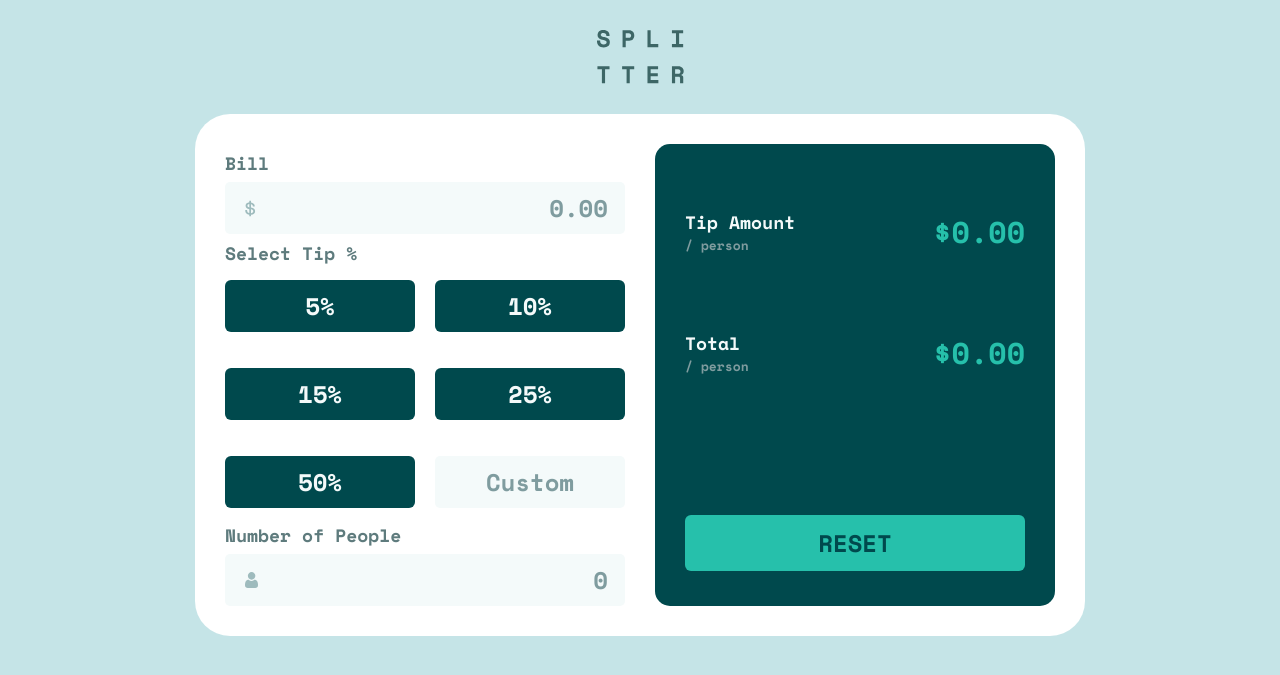
Repository: tomas938/tipcalculator
Page: /
These files come from the project's save history. The page is drawn as it stood at one moment and after the next save; the edit follows.
The browser window is 1280 px wide. The pictures show the whole page.
The project was rebuilt for these pictures with package versions that can differ from the ones it lists, and the page was loaded fresh each time.

Above is the page before, as saved 2021-08-04 14:53:12.

After the next save:
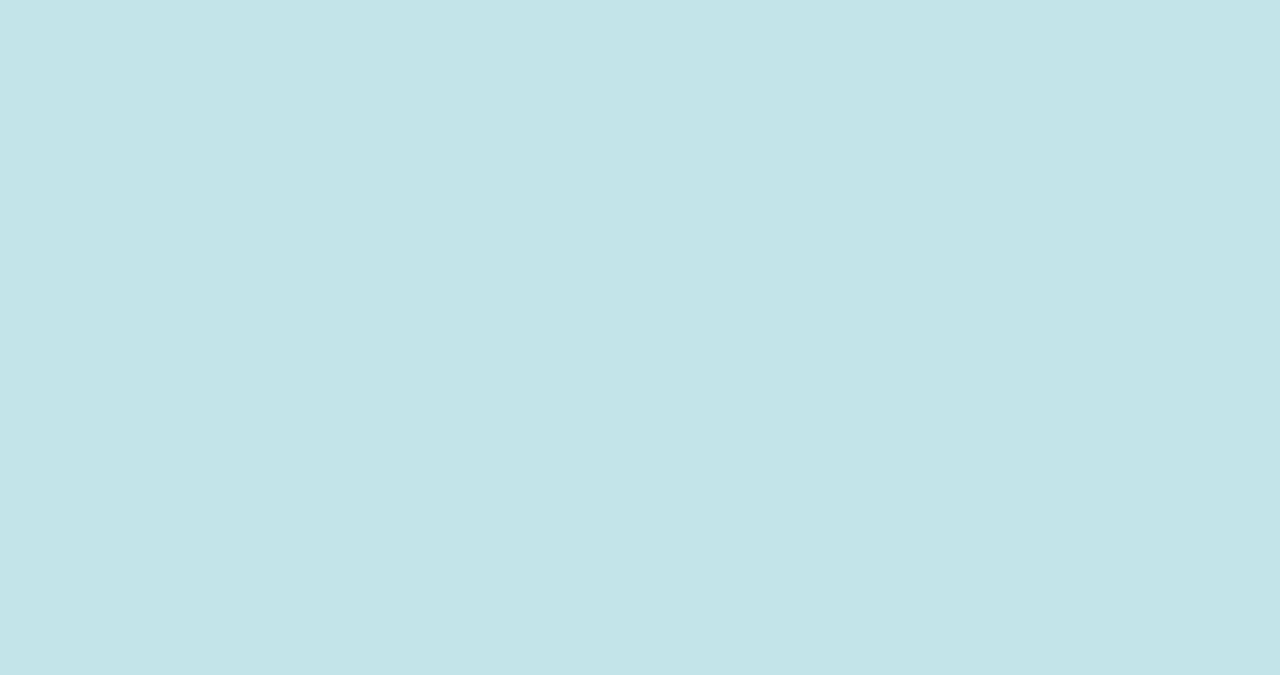
Console error (its wording comes from the project's code and is left out).
Saved 32 s later.
--- a/src/components/Splitter.vue
+++ b/src/components/Splitter.vue
@@ -40,7 +40,10 @@
 							type="text"
 							placeholder="Custom"
 							v-model="customTip"
+							<!--
 							@keypress="calcTip(customTip / 10)"
+							--
+						/>
 						/>
 					</div>
 				</div>

After the save that followed:
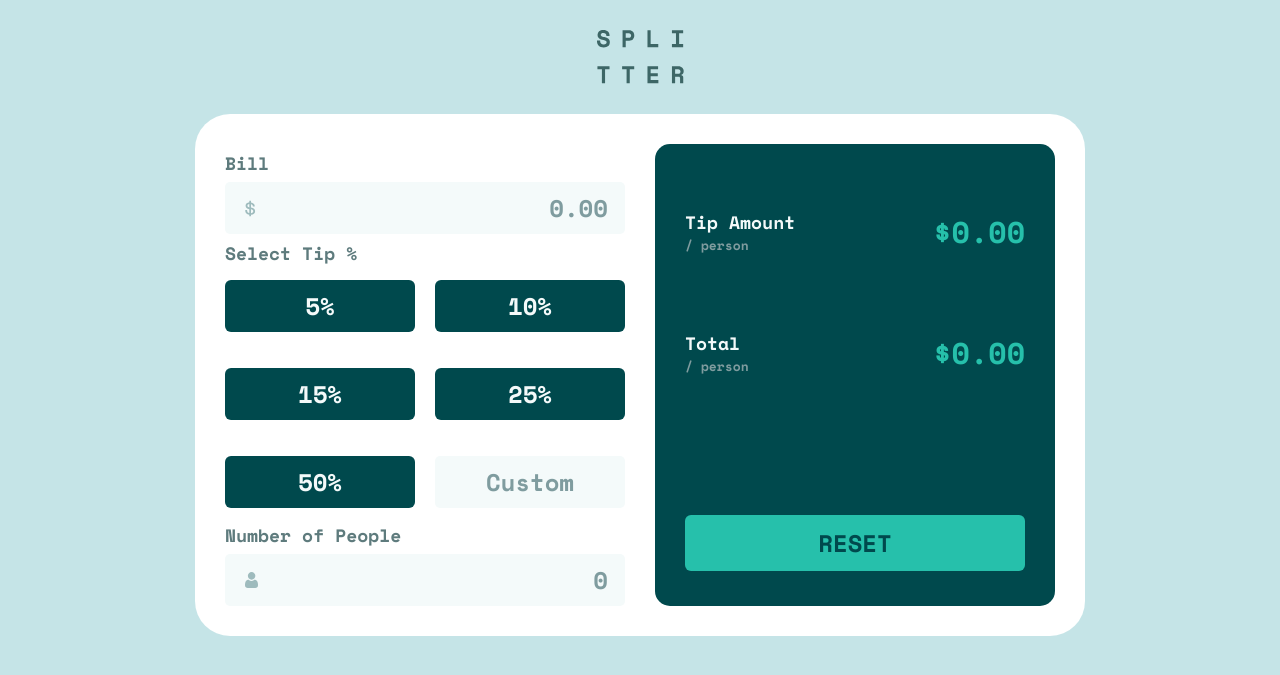
The error is gone.
Saved 4 s later.
--- a/src/components/Splitter.vue
+++ b/src/components/Splitter.vue
@@ -36,15 +36,7 @@
 						<p>50%</p>
 					</div>
 					<div class="calculator__grid__item item-6">
-						<input
-							type="text"
-							placeholder="Custom"
-							v-model="customTip"
-							<!--
-							@keypress="calcTip(customTip / 10)"
-							--
-						/>
-						/>
+						<input type="text" placeholder="Custom" v-model="customTip" />
 					</div>
 				</div>
 				<h3>Number of People</h3>
